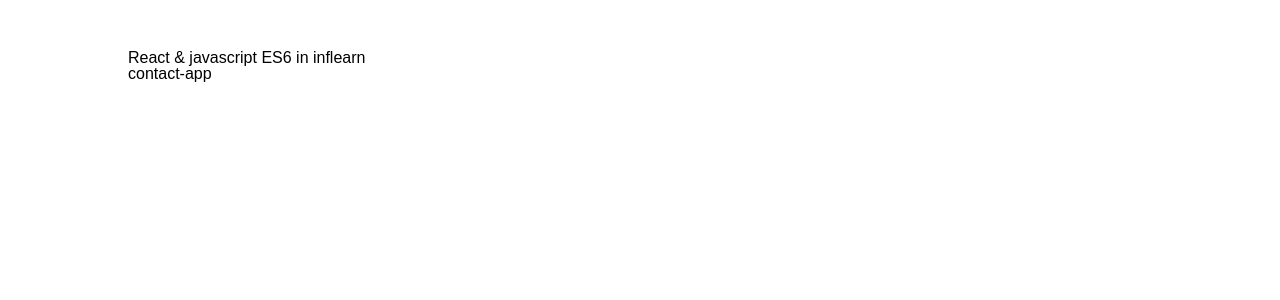
Repository: Hjinyyyy/react_beginner
Page: index.html
An editor plug-in stored every save of this project. The page is shown before and after the next save, followed by the edit.
The browser window is 1280 px wide. The pictures show the whole page.

Above is the page before, as saved 2021-10-26 14:27:57.

### index.html
<!DOCTYPE HTML>
<html lang="ko">
<head>
<meta charset="utf-8">
<meta http-equiv="Content-Type" content="text/html; charset=utf-8">
<meta http-equiv="X-UA-Compatible" content="IE=edge">
<meta http-equiv="Content-Security-Policy" content="upgrade-insecure-requests">
<meta name="viewport" content="initial-scale=1.0, width=device-width">

<title>React beginner</title>
<meta name="keywords" content="">
<meta name="description" content="">

<meta property="og:type" content="website">
<meta property="og:title" content="">
<meta property="og:description" content="">
<meta property="og:url" content="">
<meta property="og:image" content="">

<link rel="icon" href="../images/favicon.ico" type="image/x-icon">
<link rel="shortcut icon" href="#" type="image/x-icon">

<!-- PAGE CSS -->
<link rel="preconnect" href="https://fonts.gstatic.com">
<link href="https://fonts.googleapis.com/css2?family=Montserrat:wght@300;400;700&family=Noto+Sans+KR:wght@300;400;500;700&display=swap" rel="stylesheet">
<link href="/css/reset.css" rel="stylesheet">
<link href="/css/default.css" rel="stylesheet">

<!-- JS -->
</head>
<body>
<div class="wrap">
    <h2>React & javascript ES6 in inflearn</h2>
    <ul>
        <li><a href="https://hjinyyyy.github.io/react_beginner/contact-app">contact-app</a></li>
    </ul>
</div>
</body>
</html>

### css/reset.css
@charset "utf-8";

html, body, div, span, applet, object, iframe,
h1, h2, h3, h4, h5, h6, p, blockquote, pre,
a, abbr, acronym, address, big, cite, code,
del, dfn, em, img, ins, kbd, q, s, samp,
small, strike, strong, sub, sup, tt, var,
b, u, i, center,
dl, dt, dd, ol, ul, li,
fieldset, form, label, legend,
table, caption, tbody, tfoot, thead, tr, th, td,
article, aside, canvas, details, embed,
figure, figcaption, footer, header, hgroup,
menu, nav, output, ruby, section, summary,
time, mark, audio, video {
    margin: 0;
    padding: 0;
    border: 0;
    font-size: 100%;
    font: inherit;
    -webkit-tap-highlight-color:rgba(255,255,255,0);
    -moz-tap-highlight-color:rgba(255,255,255,0);
    box-sizing:border-box;
}
body {
    line-height: 1;
    -webkit-overflow-scrolling:touch;
}
article, aside, details, figcaption, figure, footer, header, menu, nav, section {
    display: block;
}
html {
    font-family:sans-serif;
    -ms-text-size-adjust:100%; /* ie */
    -webkit-text-size-adjust:100%; /* IOS */
    -moz-text-size-adjust:100%;
    text-size-adjust:100%;
}
ol, ul {
    list-style: none;
}
blockquote:before, blockquote:after, q:before, q:after {
    content: '';
    content: none;
}
table {
    border-collapse: collapse;
    border-spacing: 0;
}
img {
    vertical-align:middle;
    border:0;
}
a {
    font-family:inherit;
    color:inherit;
    text-decoration:none;
}
.clearfix:after {
    content:'';
    clear:both;
    display:block;
}
button, input, optgroup, select, textarea {
    color: inherit;
    font: inherit;
    margin: 0;
}
textarea, select  {
    appearance:none;
    -webkit-appearance:none;
    -moz-appearance:none;
    border-radius:0;
    -webkit-border-radius:0;
    box-sizing:border-box;
    -webkit-box-sizing:border-box;
}
input {
    line-height:normal;
    border-radius:0;
    -webkit-border-radius:0;
    box-sizing:border-box;
    -webkit-box-sizing:border-box;
}
input[type="text"], input[type="password"], input[type="tel"], input[type="url"], input[type="email"], input[type="number"] {
    appearance:none;
    -webkit-appearance:none;
    -moz-appearance:none;
    border-radius:0;
    -webkit-border-radius:0;
}
input[type="checkbox"], input[type="radio"] {
    box-sizing: border-box;
    padding: 0;
}
button, input[type="button"] {
    background:none;
    border:none;
    padding:0;
    margin:0;
    appearance:none;
    -webkit-appearance:none;
    -moz-appearance:none;
    border-radius:0;
    -webkit-border-radius:0;
    cursor:pointer;
}
button[disabled], input[disabled] {
    cursor: default;
}

### css/default.css
.wrap { margin: 50px auto; width: 80%; }

After the next save:
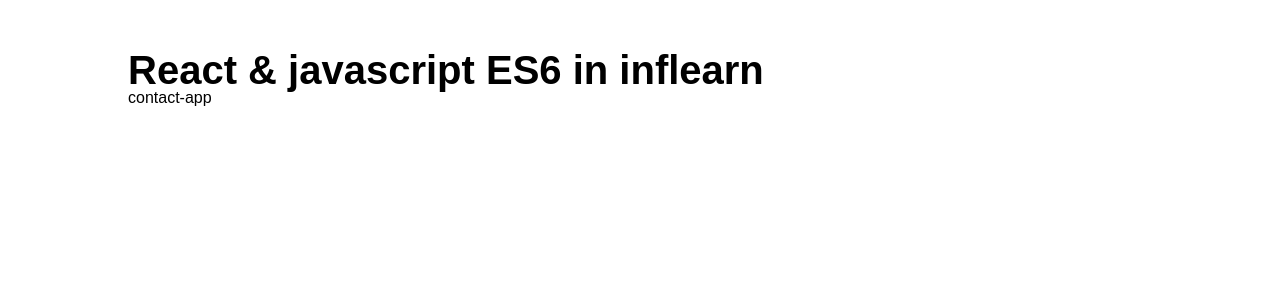
Saved 23 s later.
--- a/css/default.css
+++ b/css/default.css
@@ -1 +1,2 @@
 .wrap { margin: 50px auto; width: 80%; }
+.wrap h2 { font-size: 2.5rem; font-weight: 600; }
